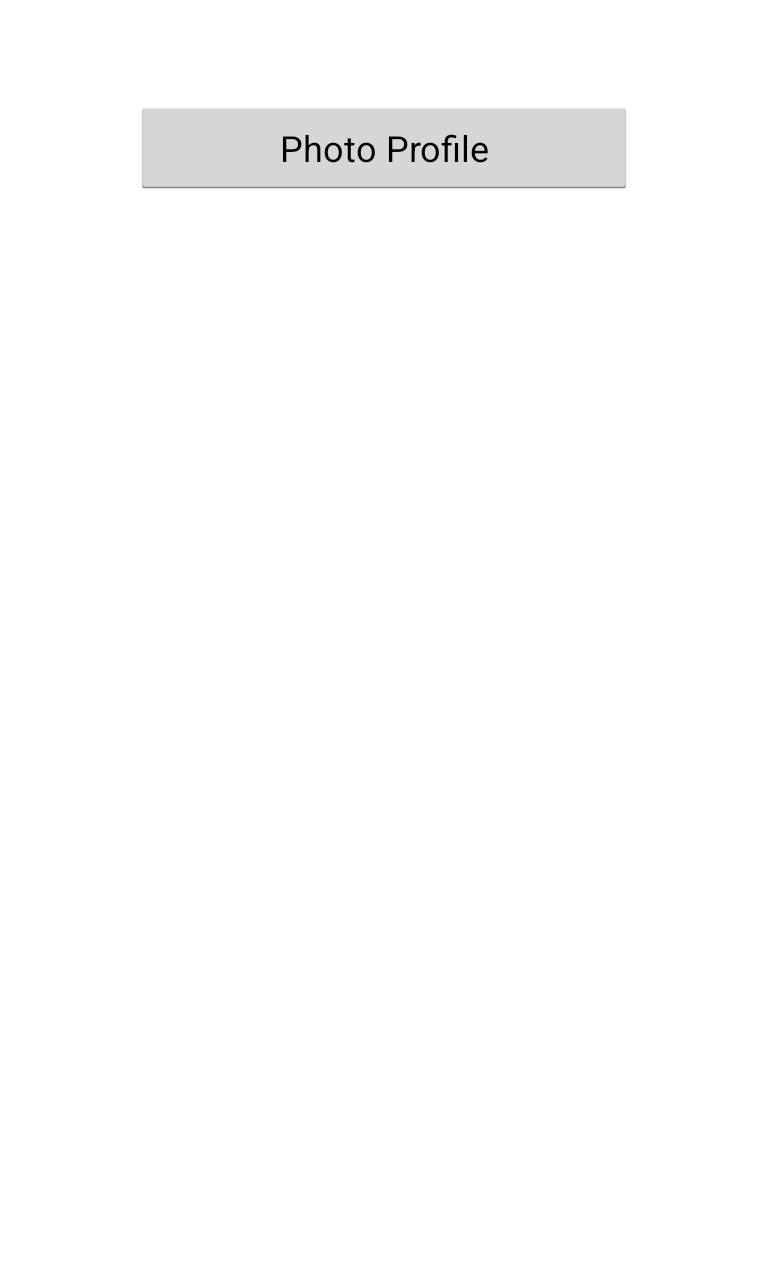
Repository: elvispap/The_Voice_of_People_Android_app
Layout: Voice of People/res/layout/profile_settings.xml
These files come from the project's save history. The layout is drawn as it stood at one moment and after the next save; the edit follows.
It is drawn on a 768 x 1280 px phone screen (xhdpi) without system bars, with theme AppTheme; the app's code is not run.

Above is the layout before, as saved 2014-01-05 19:17:58.

### Voice of People/res/layout/profile_settings.xml
<?xml version="1.0" encoding="utf-8"?>
<LinearLayout xmlns:android="http://schemas.android.com/apk/res/android"
    android:layout_width="match_parent"
    android:layout_height="match_parent"
    android:orientation="vertical" >

    <LinearLayout android:layout_width="250dp"
	    android:layout_height="wrap_content"
	    android:orientation="vertical"
	    android:layout_gravity="center_horizontal"
	    android:layout_marginTop="50dp">

        <Button
        android:id="@+id/button1"
        android:layout_width="match_parent"
        android:layout_height="wrap_content"
        android:text="Photo Profile"
        android:layout_gravity="center_horizontal" />

    </LinearLayout>



</LinearLayout>

Loaded but not shown: Voice of People/res/values/styles.xml (common file); Voice of People/res/values-v11/styles.xml (common file); Voice of People/res/values-v14/styles.xml (common file)

After the next save:
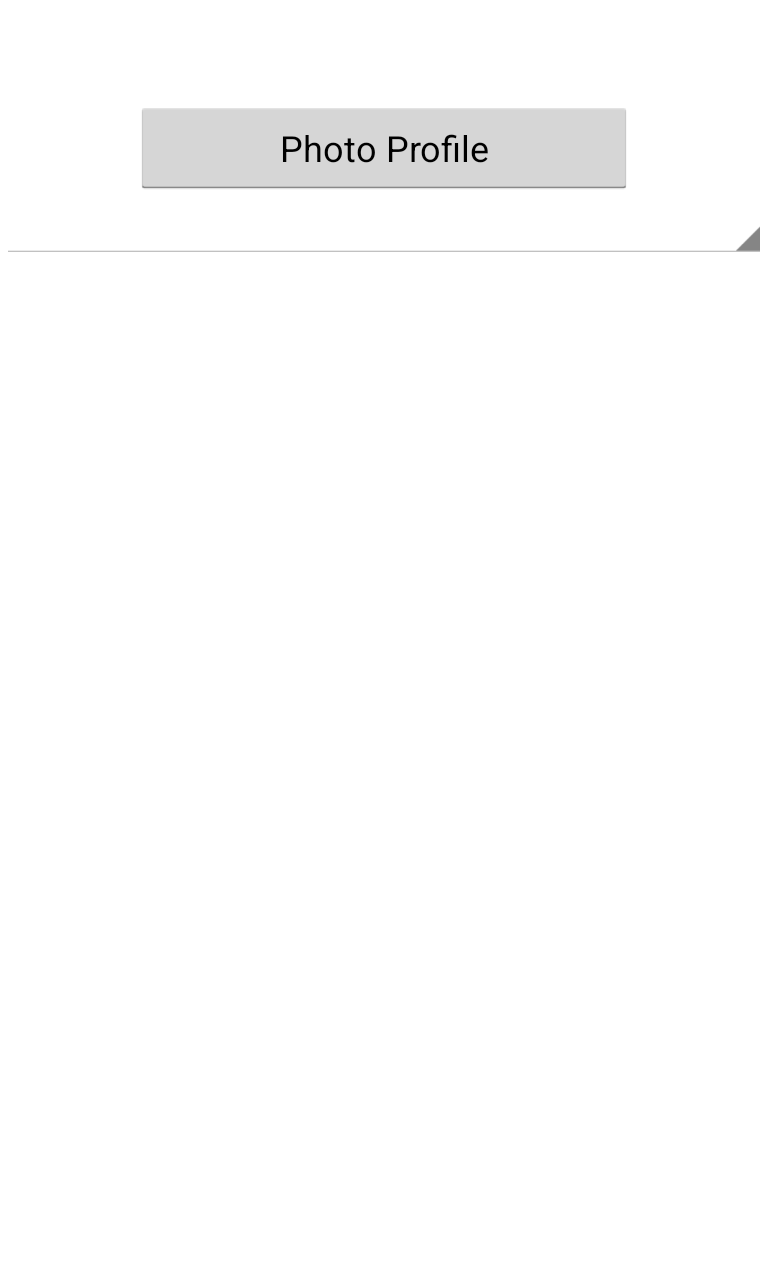
Saved 37 min 46 s later.
--- a/Voice of People/res/layout/profile_settings.xml
+++ b/Voice of People/res/layout/profile_settings.xml
@@ -19,6 +19,9 @@
 
     </LinearLayout>
 
-
+    <Spinner
+        android:id="@+id/spinner1"
+        android:layout_width="match_parent"
+        android:layout_height="wrap_content" />
 
 </LinearLayout>
